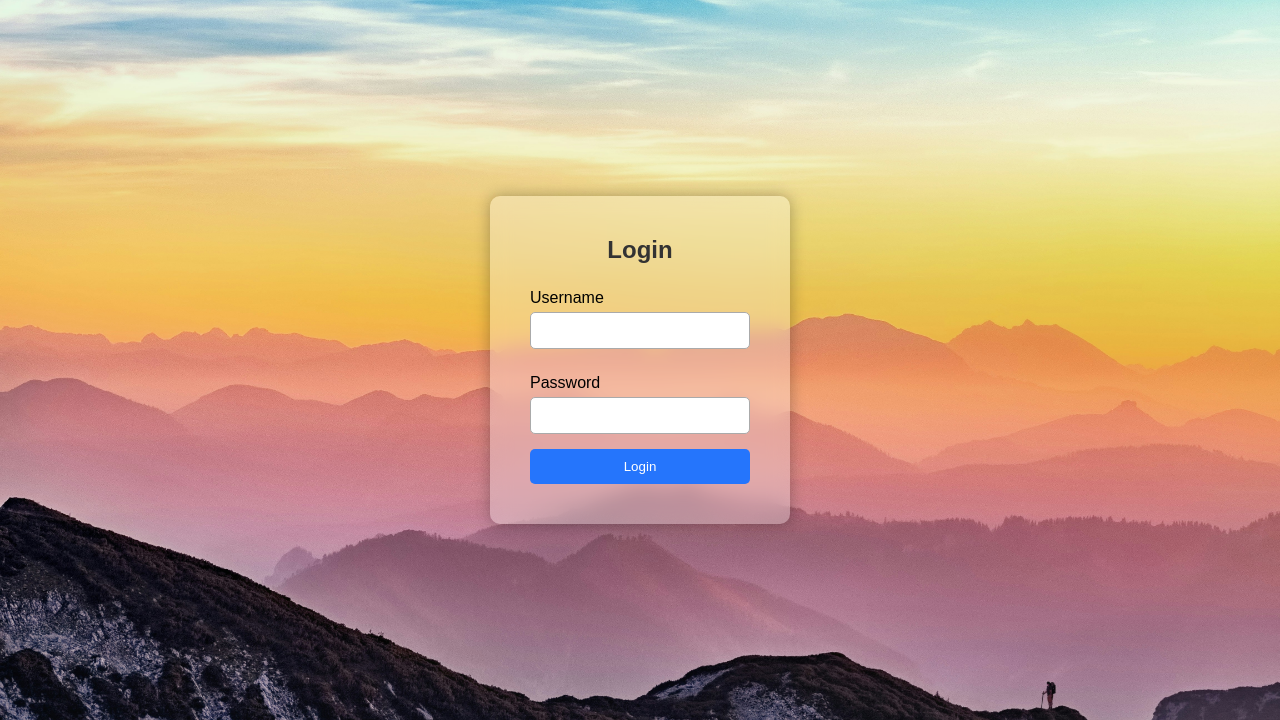
Repository: aboli-vyas/Servlet_Projects
Page: http://localhost/Sevlet_Project/Login.html
The author's editor kept a copy of each file at every save. The page is drawn from the files as they stood at one save, then again after the next save.
The browser window is 1280 px wide. The pictures show the whole page.
The page is served by Tomcat 9.

Above is the page before, as saved 2025-06-07 12:30:39.

After the next save:
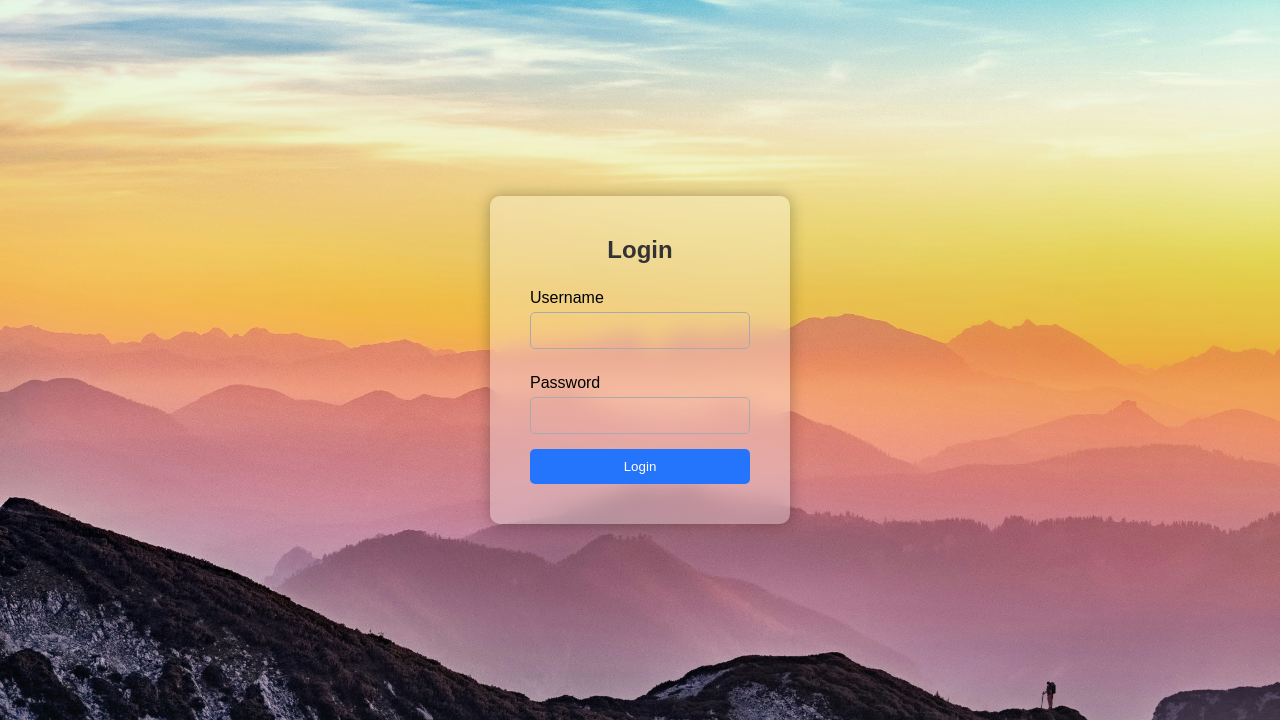
Saved 114 s later.
--- a/Sevlet_Project/src/main/webapp/style2.css
+++ b/Sevlet_Project/src/main/webapp/style2.css
@@ -45,6 +45,8 @@ body {
   border: 1px solid #aaa;
   border-radius: 5px;
   margin-bottom: 15px;
+  background-color: transparent;
+
 }
 
 .login-container button {
